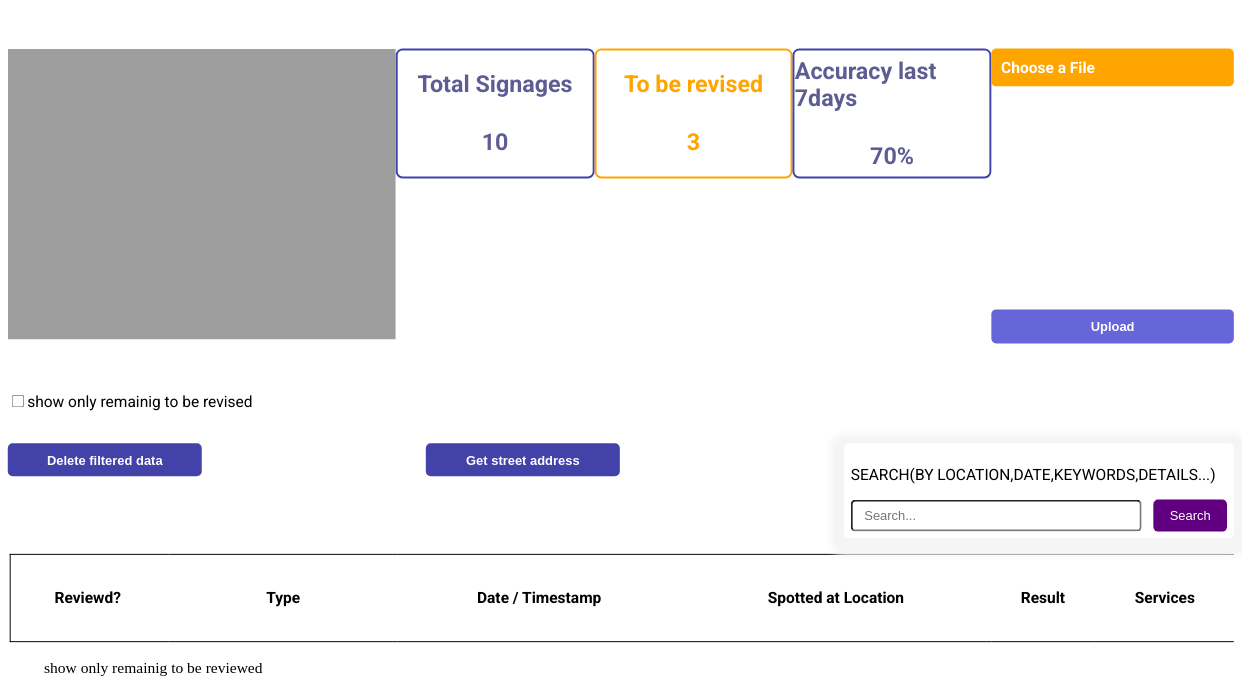
Repository: kalyani179/Kalyani.Builder
Page: /
These files come from the project's save history. The page is drawn as it stood at one moment and after the next save; the edit follows.
The browser window is 1280 px wide. The pictures show the whole page, at 97% of full size.
Pictures or frames that could not be fetched are drawn as grey boxes. The page's requests for data from a server got no answer. Some web fonts or font styles are not loaded; a fallback is used. The project was rebuilt for these pictures with package versions that can differ from the ones it lists, and the page was loaded fresh each time. No one was signed in, and anything a server would have sent is missing.

Above is the page before, as saved 2024-01-10 13:43:17.

After the next save:
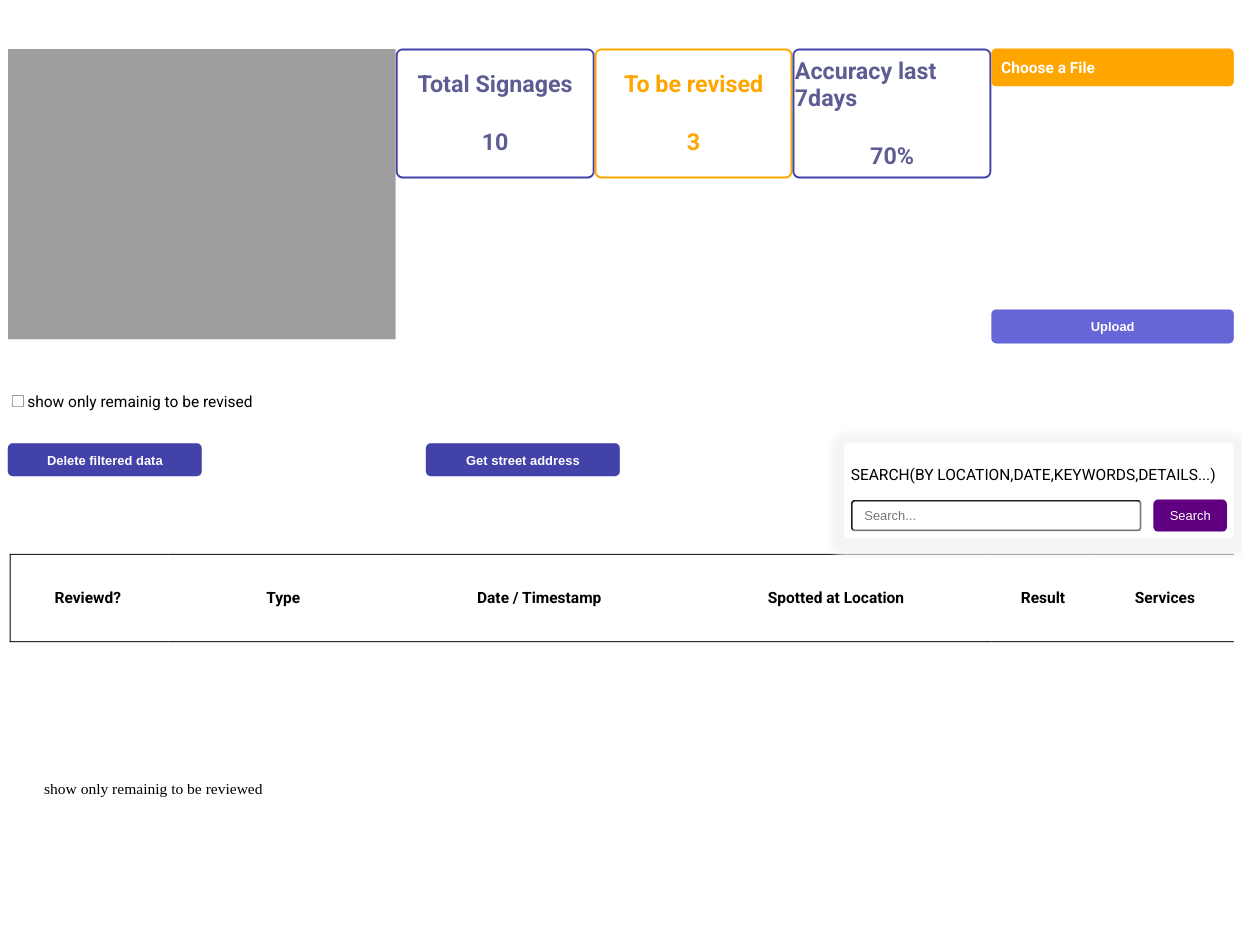
Saved 5 s later.
--- a/src/components/Home.css
+++ b/src/components/Home.css
@@ -232,4 +232,5 @@ input[type="file"]:focus + .custom-file-label {
   justify-content: center;
   align-items:center;
   width: 300px;
-}
+  height: 300px;
+}
